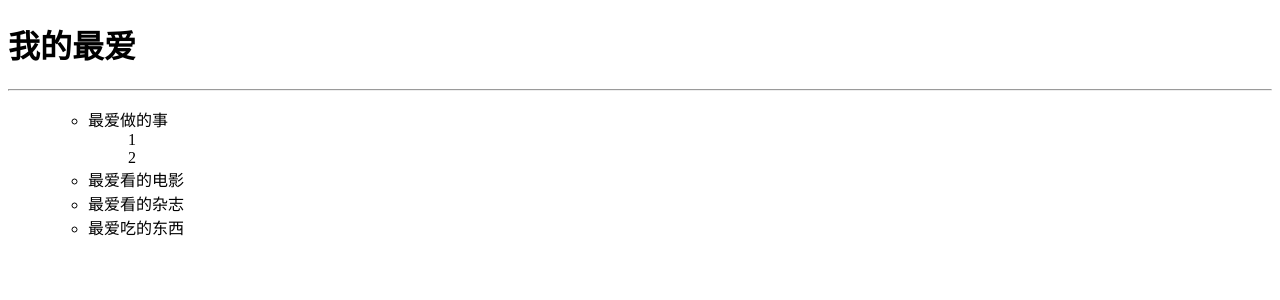
Repository: kirtonew/Compeititon2022-1
Page: node/test.html
The author's editor kept a copy of each file at every save. The page is drawn from the files as they stood at one save, then again after the next save.
The browser window is 1280 px wide. The pictures show the whole page.

Above is the page before, as saved 2022-09-05 14:35:32.

After the next save:
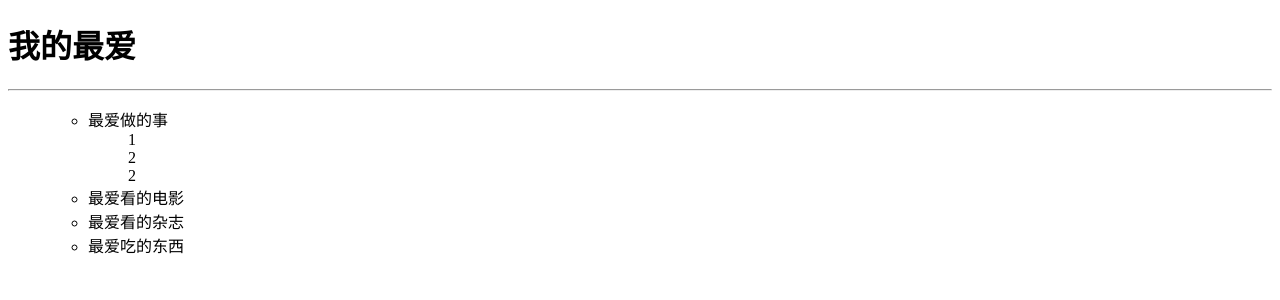
Saved 5 s later.
--- a/node/test.html
+++ b/node/test.html
@@ -19,6 +19,9 @@
             <ul>
                 2
             </ul>
+            <ul>
+                2
+            </ul>
             <li>最爱看的电影</li>
             <li>最爱看的杂志</li>
             <li>最爱吃的东西</li>
